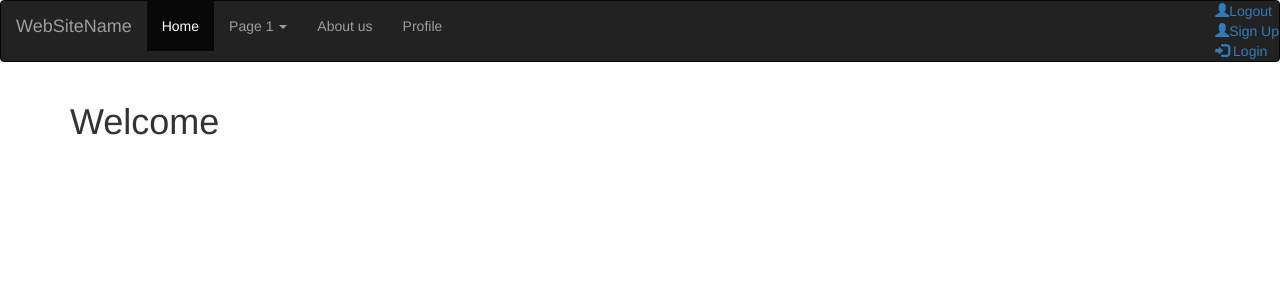
Repository: Ahmad-hamdan98/Java_Project
Page: http://localhost/javaproject/WIB-INF/ShowAll.jsp
These files come from the project's save history. The page is drawn as it stood at one moment and after the next save; the edit follows.
The browser window is 1280 px wide. The pictures show the whole page.
The page is served by Tomcat 9. Other server files are loaded and not shown.

Above is the page before, as saved 2022-11-19 15:39:18.

### atfirst/javaproject/src/main/webapp/WIB-INF/ShowAll.jsp
   <!DOCTYPE html>
<html lang="en">
<head>
  <title>Bootstrap Case</title>
  <meta charset="utf-8">
  <meta name="viewport" content="width=device-width, initial-scale=1">
  <link rel="stylesheet" href="https://maxcdn.bootstrapcdn.com/bootstrap/3.3.6/css/bootstrap.min.css">

</head>
<body>

<nav class="navbar navbar-inverse">
  <div class="container-fluid">
    <div class="navbar-header">
      <a class="navbar-brand" href="#">WebSiteName</a>
    </div>
    <ul class="nav navbar-nav">
      <li class="active"><a href="#">Home</a></li>
      <li class="dropdown"><a class="dropdown-toggle" data-toggle="dropdown" href="#">Page 1 <span class="caret"></span></a>
        <ul class="dropdown-menu">
          <li><a href="#">Page 1-1</a></li>
          <li><a href="#">Page 1-2</a></li>
          <li><a href="#">Page 1-3</a></li>
        </ul>
      </li>

      <li><a href="#">About us</a></li>
      <li><a href="#">Profile</a></li>
    </ul>
    <ul class="nav navbar-nav navbar-right">
    <c:choose>
    	<c:when test="${user.id}">
    	<li><a href="/logout"><span class="glyphicon glyphicon-user"></span>Logout</a></li>
    	</c:when>
    	 <c:otherwise>
      <li><a href="/login"><span class="glyphicon glyphicon-user"></span>Sign Up</a></li>
      <li><a href="/login"><span class="glyphicon glyphicon-log-in"></span> Login</a></li>
      </c:otherwise>
    	</c:choose>
    </ul>
  </div>
</nav>

<div class="container">
  <h1>Welcome ${user.userName}</h1>

  <a></a>




</div>
<script src="https://ajax.googleapis.com/ajax/libs/jquery/1.12.0/jquery.min.js"></script>
<script src="https://maxcdn.bootstrapcdn.com/bootstrap/3.3.6/js/bootstrap.min.js"></script>



</body>
</html>

After the next save:
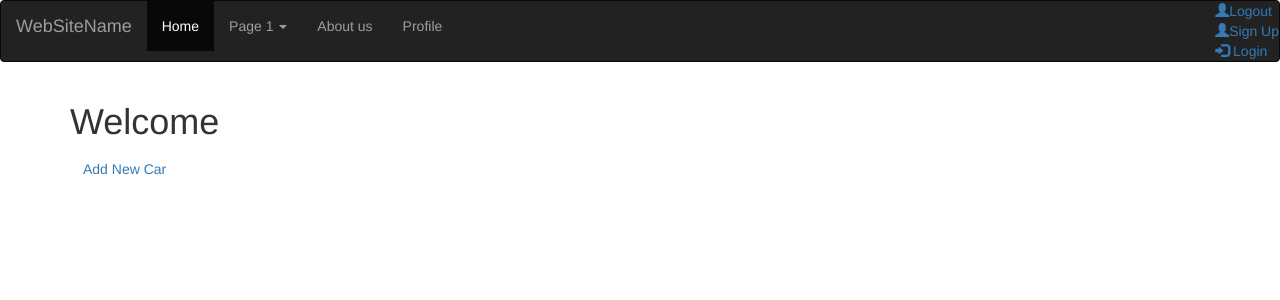
Saved 2 min 2 s later.
--- a/atfirst/javaproject/src/main/webapp/WIB-INF/ShowAll.jsp
+++ b/atfirst/javaproject/src/main/webapp/WIB-INF/ShowAll.jsp
@@ -44,7 +44,7 @@
 <div class="container">
   <h1>Welcome ${user.userName}</h1>
 
-  <a></a>
+  <a href="/addcar" class="btn btn-secondary">Add New Car</a>
 
 
 
